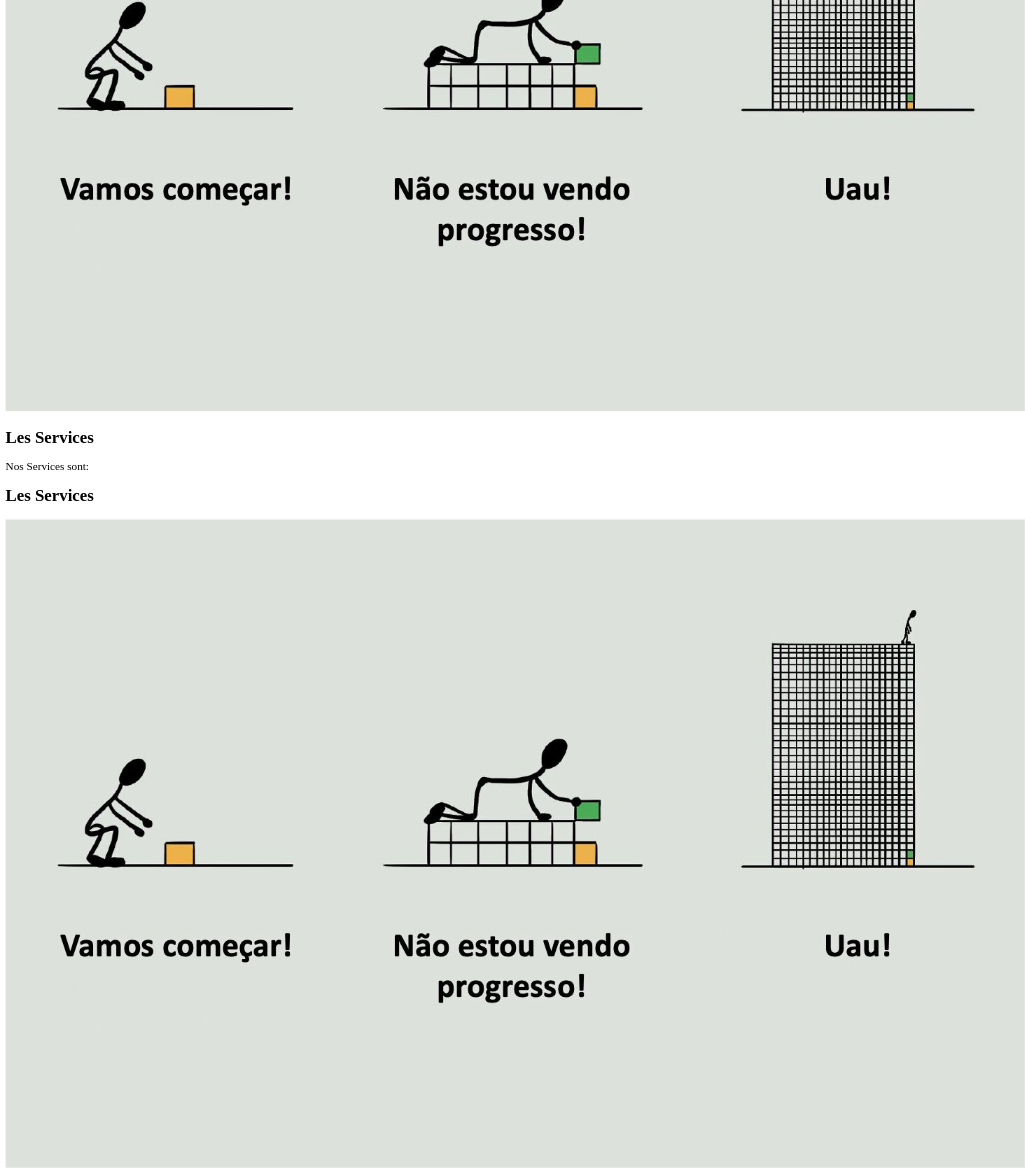
Repository: MarcioFreitasUFSC21/Proejct00
Page: ExampleSite/Assets/index2.html
The author's editor kept a copy of each file at every save. The page is drawn from the files as they stood at one save, then again after the next save.
The browser window is 1280 px wide. The page is 1464 px wide, so the pictures cover 1464 px, including what lies to the right of the window. The pictures show the part of the page from y = 633 to 2313 px (the page is 2313 px tall before and 2306 px after), at 70% of full size.

Above is the page before, as saved 2023-03-18 17:40:40.

After the next save:
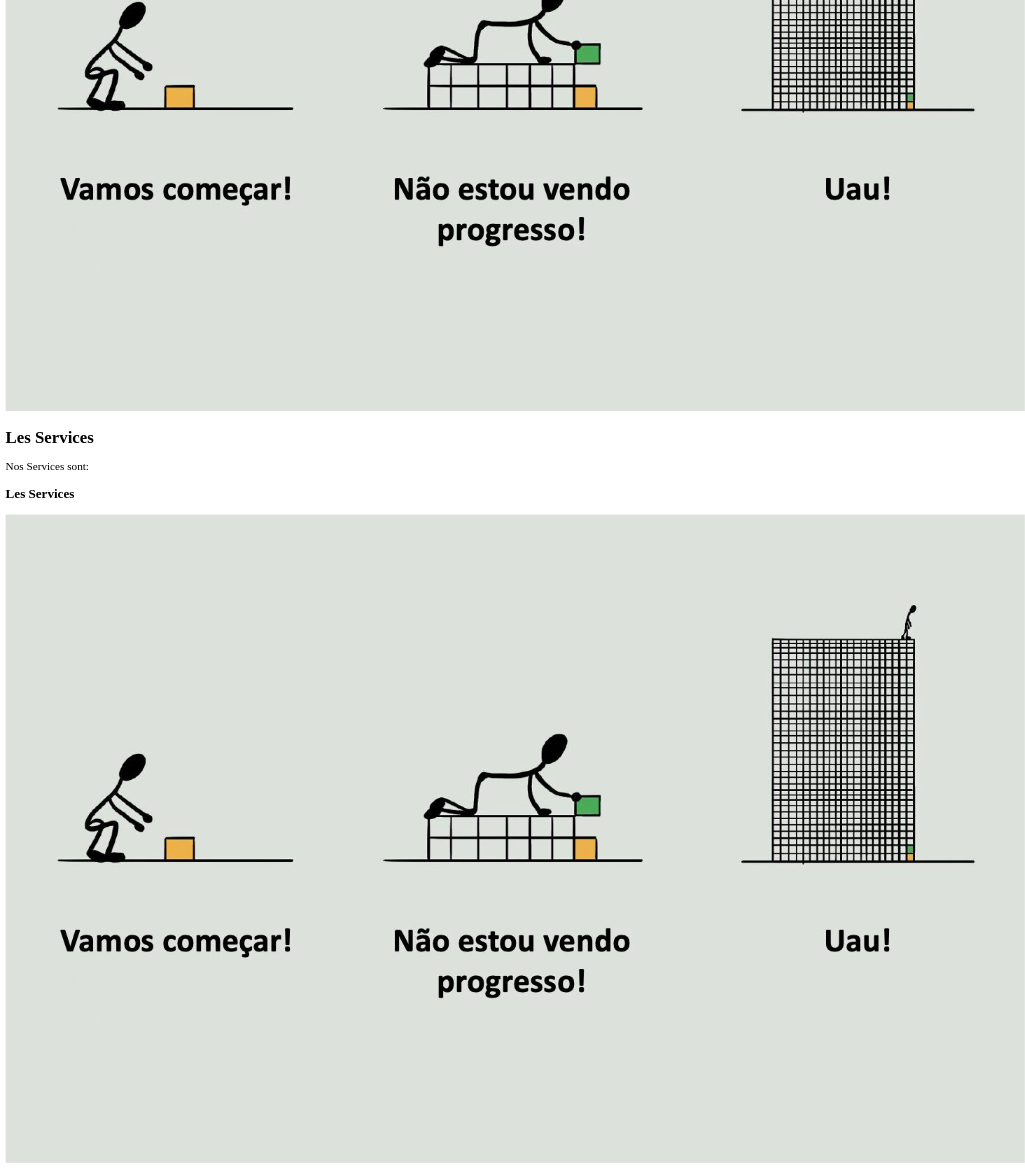
Saved 8 s later.
--- a/ExampleSite/Assets/index2.html
+++ b/ExampleSite/Assets/index2.html
@@ -37,7 +37,7 @@
         </div>
         <div>
             <article>
-                <h2>Les Services</h2>
+                <h3>Les Services</h3>
             </article>
             <img src="Assets/img2/lesson.jpg">
         </div>
